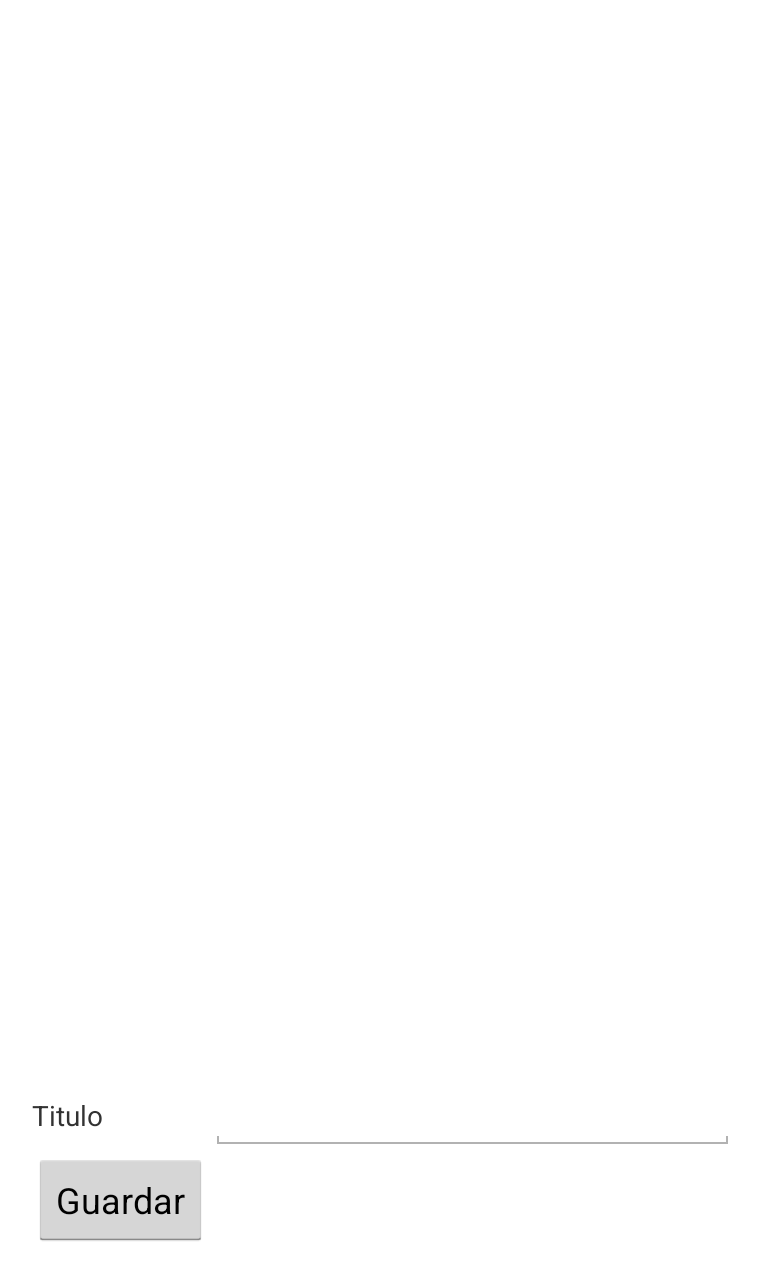
Repository: AndrewJey/Proyectos_De_Android
Layout: MiniAgenda/res/layout/activity_insertar.xml
An editor plug-in stored every save of this project. The layout is shown before and after the next save, followed by the edit.
It is drawn on a 768 x 1280 px phone screen (xhdpi) without system bars, with theme AppTheme; the app's code is not run.

Above is the layout before, as saved 2014-09-06 20:49:23.

After the next save:
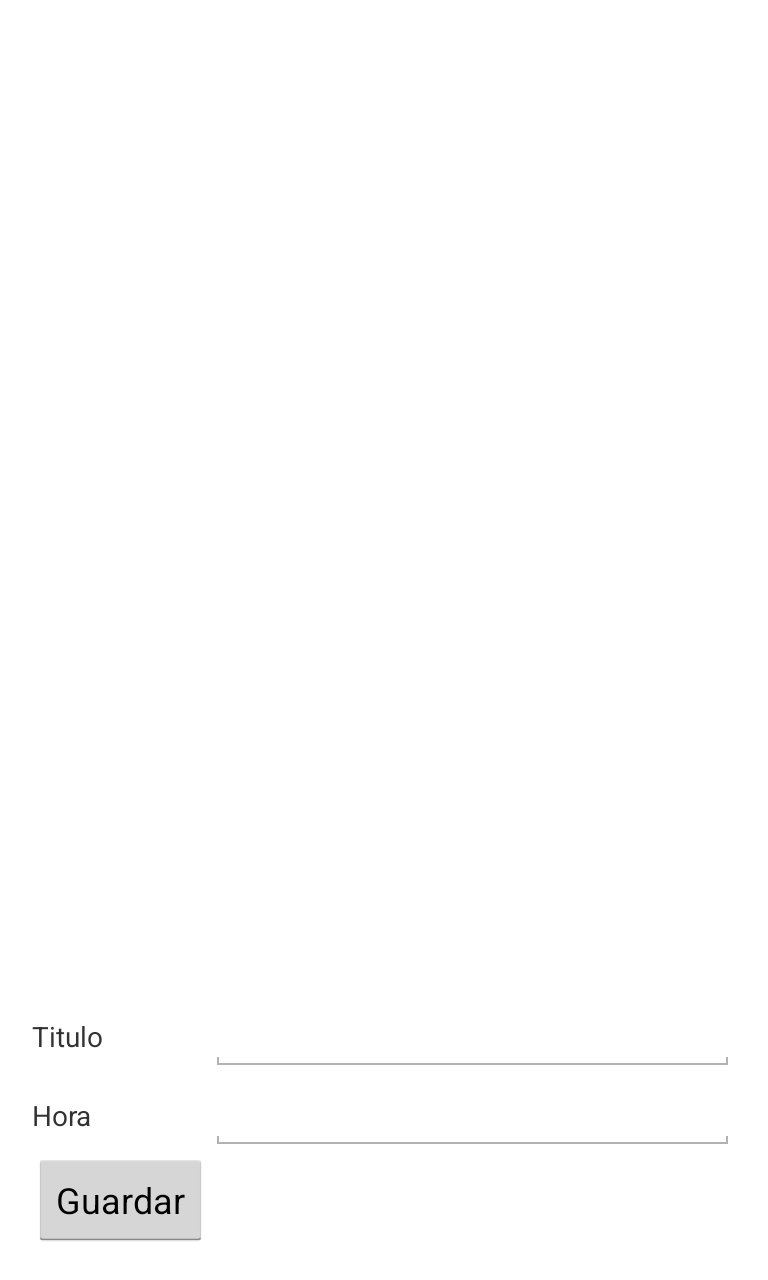
Saved 38 s later.
--- a/MiniAgenda/res/layout/activity_insertar.xml
+++ b/MiniAgenda/res/layout/activity_insertar.xml
@@ -17,9 +17,15 @@
         android:stretchColumns="1" >
 
         <TableRow>
+
             <TextView android:text="@string/titulolbl" />
 
             <EditText android:id="@+id/tituloTxt" />
+        </TableRow>
+
+        <TableRow>
+            <TextView android:text="@string/horalbl" />
+            <EditText android:id="@+id/horaTxt" />
         </TableRow>
 
         <TableRow>
